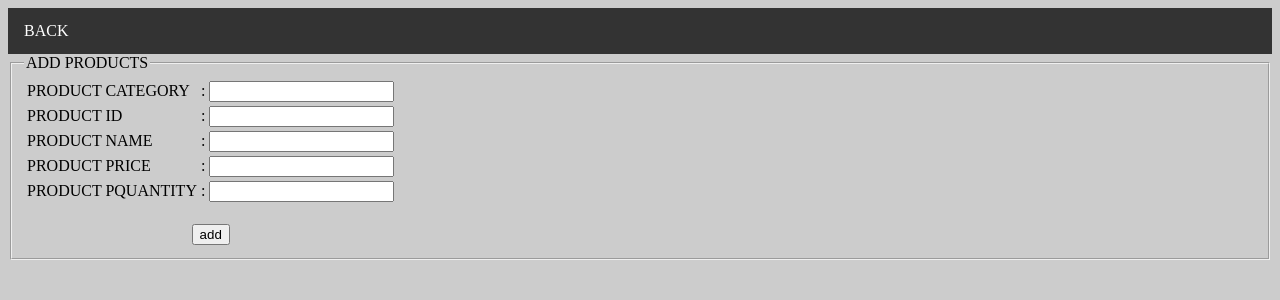
Repository: HarshiniUrmale-14/parllel_project_MumbaiPune_JEE_SEPPUN_13
Page: http://localhost/springmvc/WEB-INF/views/addProduct.jsp
The author's editor kept a copy of each file at every save. The page is drawn from the files as they stood at one save, then again after the next save.
The browser window is 1280 px wide. The pictures show the whole page.
The page is served by Tomcat 9. Nobody is signed in. The template is opened directly, without the code that normally fills it, so the values that code supplies are empty.

Above is the page before, as saved 2019-12-08 10:19:10.

After the next save:
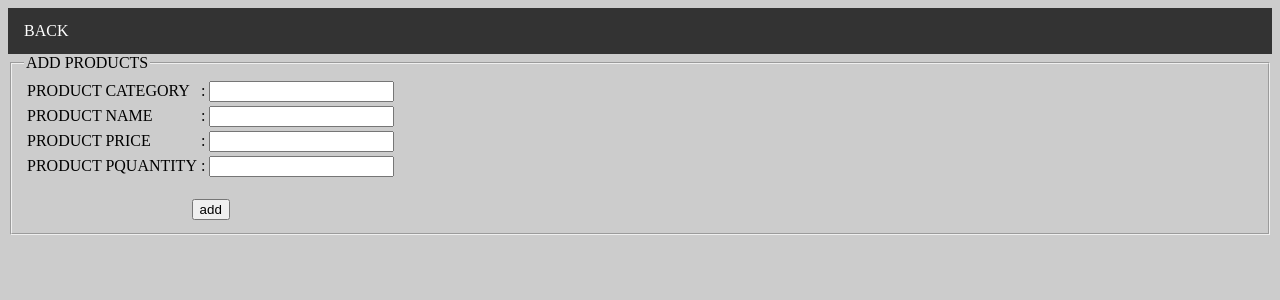
Saved 3 min 59 s later.
--- a/parallel project harshini/parallel project/springmvc/src/main/webapp/WEB-INF/views/addProduct.jsp
+++ b/parallel project harshini/parallel project/springmvc/src/main/webapp/WEB-INF/views/addProduct.jsp
@@ -80,11 +80,7 @@ li a:hover {
 					<td>:</td>
 					<td><input type="text" name="pCategory" required></td>
 				</tr>
-				<tr>
-					<td>PRODUCT ID</td>
-					<td>:</td>
-					<td><input type="number" name="pId" ></td>
-				</tr>
+
 				<tr>
 					<td>PRODUCT NAME</td>
 					<td>:</td>
